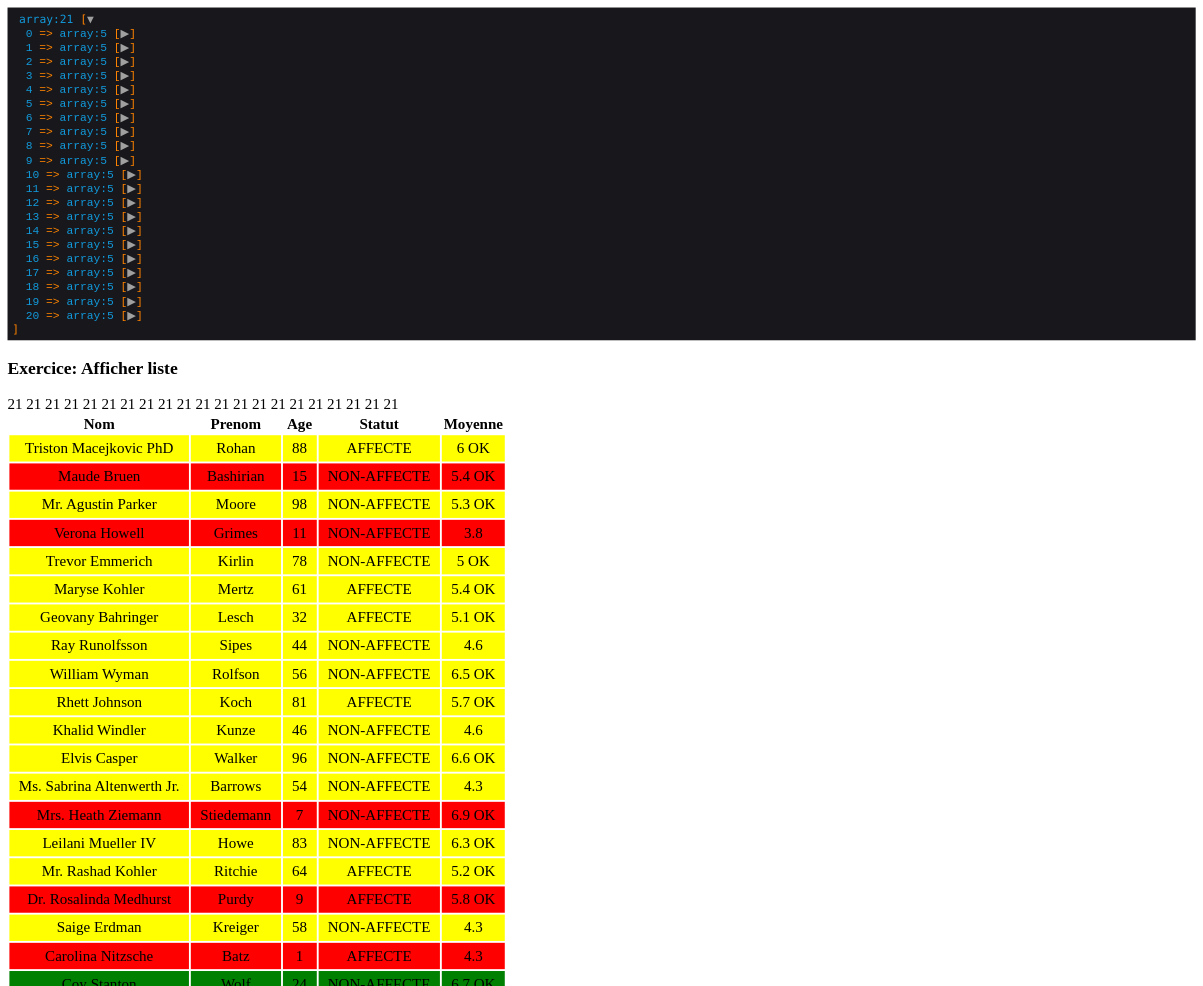
Repository: Bfabien99/PHPREPO
Page: http://localhost/
An editor plug-in stored every save of this project. The page is shown before and after a run of saves, followed by the edit.
The browser window is 1280 px wide. The pictures show the whole page, at 94% of full size.
The page is run by PHP 8.4 with error messages shown; the project is at /var/www/html/.

Above is the page before, as saved 2021-12-10 12:11:15.

### MakeFakeData/src/index.php
<?php
require_once '../vendor/autoload.php';


$faker = Faker\Factory::create();
$i = 0;
$list = [];

while($i <= 20) {

	$person = [];
	$person["nom"] = $faker->name;
	$person["prenom"] = $faker->lastName;
	$person["age"] = $faker->numberBetween($min=1,$max=99);
	$notes = [];
	$index = 0;
	$max = $faker->numberBetween($min=1,$max=10);
	while($index < $max) {
		$note = $faker->numberBetween($min=1,$max=10);
		$notes[] = $note;
		$index++;
	}
	$person["notes"] = $notes;
	$person["statut"] = $faker->randomElement(["AFFECTE","NON-AFFECTE"]);
	$list[] = $person;
	$i++;
}
dump($list);

function admis($moy){
	return $moy>=5 ? "oui" : "non";
}

?>
<!DOCTYPE html>
<html lang="en">
<head>
    <meta charset="UTF-8">
    <meta http-equiv="X-UA-Compatible" content="IE=edge">
    <meta name="viewport" content="width=device-width, initial-scale=1.0">
    <title>Document</title>
    <style>
        thead{
            font-weight:bold;
        }

        td{
            padding:5px 10px;
            text-align:center;
        }

        tr.red{
            background-color:red;
        }
        tr.green{
            background-color: green;
        }
        tr.yellow{
            background-color:yellow;
        }
		.oui{
			display:inline;
		}
		.non{
			display:none;
		}
    </style>
</head>
<body>

<h3>Exercice: Afficher liste</h3>
<table>
	<thead>
		<tr>
			<th>Nom</th>
			<th>Prenom</th>
			<th>Age</th>
			<th>Statut</th>
			<th>Moyenne</th>
		</tr>
	</thead>
	<tbody>
		<?php
		$bonus = count($list);
		foreach ($list as $value) {
				$nbnote = count($value["notes"]);
				$totalnote = array_sum($value["notes"]);

				echo $bonus;
				$moy = $totalnote / $nbnote;
				$moyG = $nbnote/2 ;
				$age = $value["age"];
				switch ($age) {
					case $age > 0 && $age < 18 :
			?>
			<tr class="red">
				<td><?= $value["nom"] ?></td>
                <td><?=$value["prenom"]?></td>
                <td><?= $value["age"] ?></td>
                <td><?= $value["statut"] ?></td>
				<td><?= $moy ?> <span class="<?= admis($moy) ?>" > OK </span> </td>
            </tr>
			<?php break;
				case ($age > 18 && $age < 25):
			?>
			<tr class="green">
				<td><?= $value["nom"] ?></td>
                <td><?=$value["prenom"]?></td>
                <td><?= $value["age"] ?></td>
                <td><?= $value["statut"] ?></td>
				<td><?= $moy ?> <span class="<?= admis($moy) ?>" > OK </span> </td>
            </tr>
			<?php break;
				case ($age > 25):
			?>
			<tr class="yellow">
				<td><?= $value["nom"] ?></td>
                <td><?=$value["prenom"]?></td>
                <td><?= $value["age"] ?></td>
                <td><?= $value["statut"] ?></td>
				<td><?= $moy ?> <span class="<?= admis($moy) ?>" > OK </span> </td>
            </tr>
			<?php
			break;}
			?>
		<?php } ?>
	</tbody>


    <?php
        //
    ?>
</table>
</body>
</html>

After the next 2 saves:
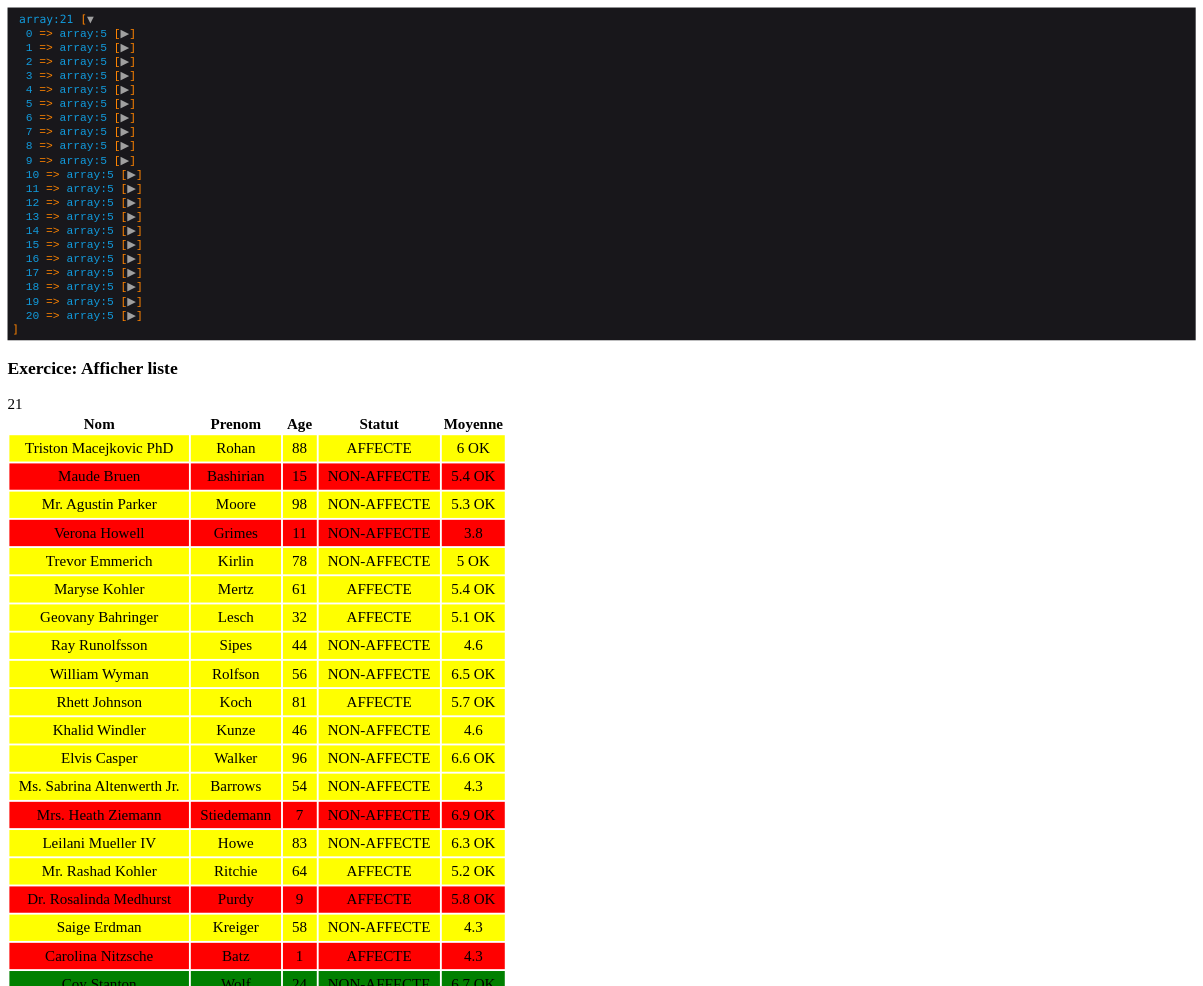
The 2 saves are shown as one change because they came seconds apart.
The last was saved 7 s later.
--- a/MakeFakeData/src/index.php
+++ b/MakeFakeData/src/index.php
@@ -82,11 +82,12 @@ function admis($moy){
 	<tbody>
 		<?php
 		$bonus = count($list);
+		echo $bonus;
 		foreach ($list as $value) {
 				$nbnote = count($value["notes"]);
 				$totalnote = array_sum($value["notes"]);
 
-				echo $bonus;
+
 				$moy = $totalnote / $nbnote;
 				$moyG = $nbnote/2 ;
 				$age = $value["age"];
